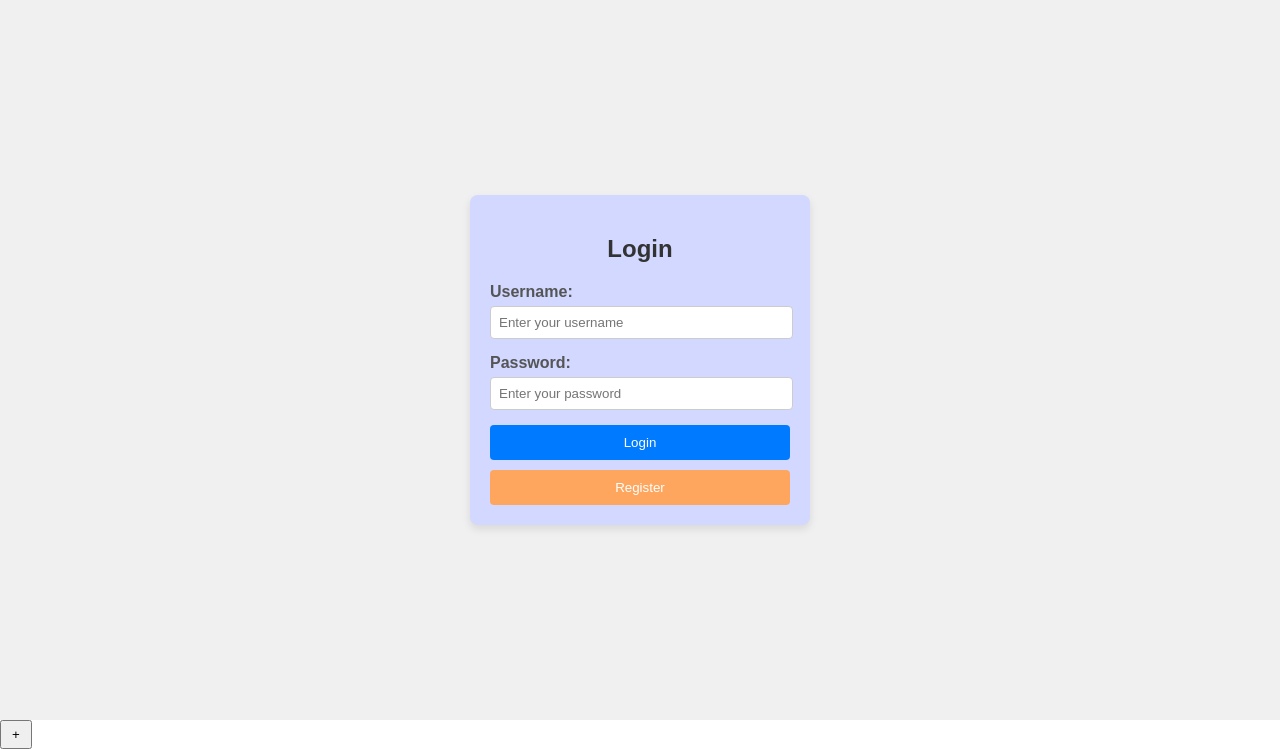
Repository: BAANANAAAA/DatabaseProject
Page: /
The author's editor kept a copy of each file at every save. The page is drawn from the files as they stood at one save, then again after the next save.
The browser window is 1280 px wide. The pictures show the whole page.
The project was rebuilt for these pictures with package versions that can differ from the ones it lists, and the page was loaded fresh each time. Also part of the build but not shown: src/components/MainFrame.css, src/components/MainFrame.jsx, src/components/UserProfile.jsx, src/components/ViewMessage.jsx, src/components/SearchPage.jsx, src/components/Search.css, src/components/Search.jsx, src/components/Apply.jsx and 3 more.

Above is the page before, as saved 2024-05-16 03:15:14.

After the next save:
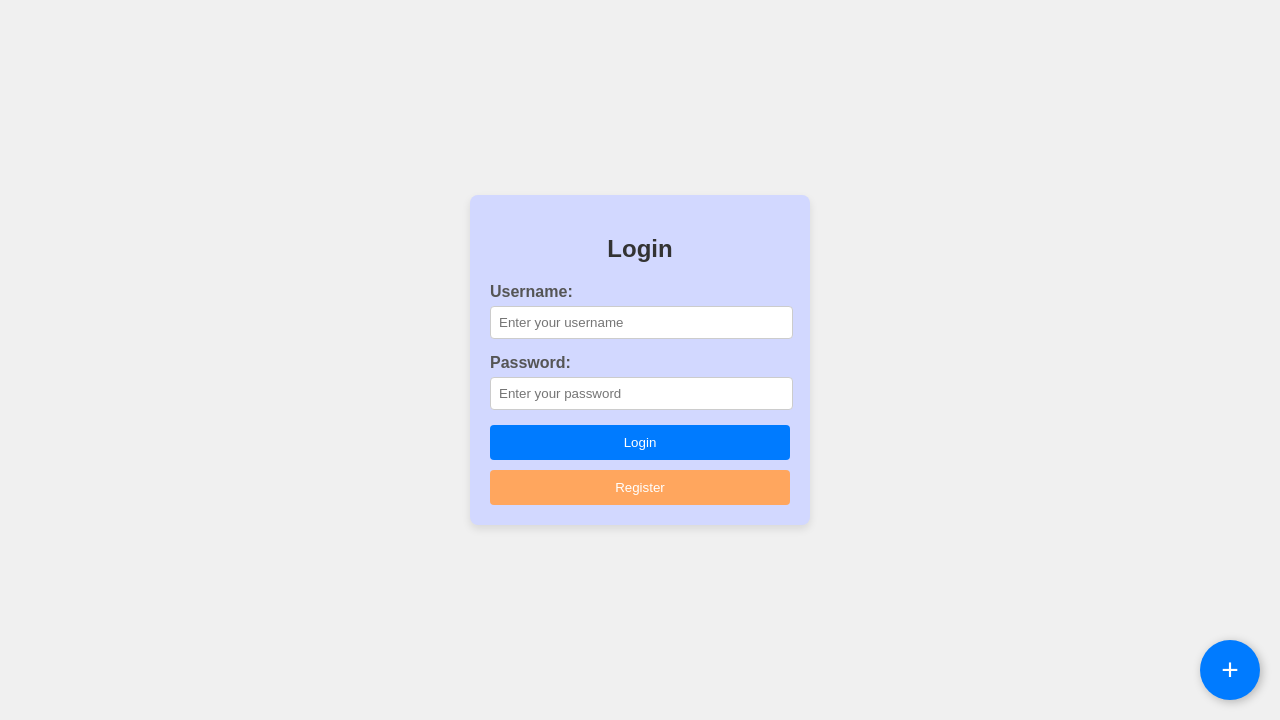
Saved 24 s later.
--- a/src/App.css
+++ b/src/App.css
@@ -82,7 +82,25 @@ nav a {
   font-weight: bold;
 }
 
-.PostButton {
+/* .post-button {
+  position: fixed;
+  bottom: 20px;
+  left: 20px;
+  width: 50px;
+  height: 50px;
+  background-color: #007bff;
+  color: white;
+  border: none;
+  border-radius: 50%;
+  font-size: 24px;
+  text-align: center;
+  line-height: 48px;
+  cursor: pointer;
+  box-shadow: 0 4px 8px rgba(0, 0, 0, 0.1);
+  z-index: 1000;
+} */
+
+.post-button {
   position: fixed;
   bottom: 20px;
   right: 20px;
